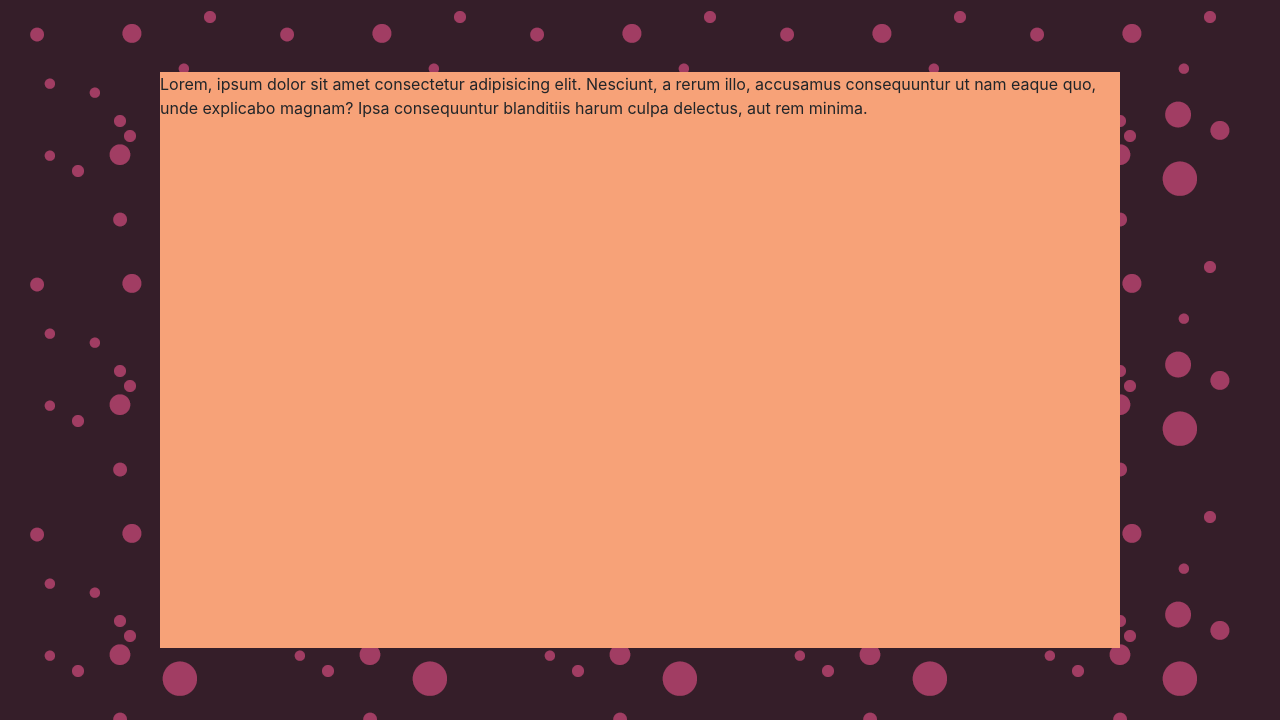
Repository: sylleryum/Frontend
Page: GetTopTracks/index.html
The author's editor kept a copy of each file at every save. The page is drawn from the files as they stood at one save, then again after the next save.
The browser window is 1280 px wide. The pictures show the whole page.

Above is the page before, as saved 2019-10-13 14:40:19.

### GetTopTracks/index.html
<!doctype html>
<html lang="en">
  <head>
    <title>Get top tracks from Artists and albums</title>
    <!-- Required meta tags -->
    <meta charset="utf-8">
    <meta name="viewport" content="width=device-width, initial-scale=1, shrink-to-fit=no">

    <!-- Bootstrap CSS -->
    <link rel="stylesheet" href="https://stackpath.bootstrapcdn.com/bootstrap/4.3.1/css/bootstrap.min.css" integrity="sha384-ggOyR0iXCbMQv3Xipma34MD+dH/1fQ784/j6cY/iJTQUOhcWr7x9JvoRxT2MZw1T" crossorigin="anonymous">

    <!-- main CSS-->
    <link rel="stylesheet" href="style.css">

  </head>
  <body>
      <div class="container-fluid background-master h-100">
          <div class="row align-items-center justify-content-center h-100">
               <div class="h-80 w-75 bg-3" id="internal-container">Lorem, ipsum dolor sit amet consectetur adipisicing elit. Nesciunt, a rerum illo, accusamus consequuntur ut nam eaque quo, unde explicabo magnam? Ipsa consequuntur blanditiis harum culpa delectus, aut rem minima.</div>
          </div>
      </div>








    <!-- Optional JavaScript -->
    <!-- jQuery first, then Popper.js, then Bootstrap JS -->
    <script src="https://code.jquery.com/jquery-3.3.1.slim.min.js" integrity="sha384-q8i/X+965DzO0rT7abK41JStQIAqVgRVzpbzo5smXKp4YfRvH+8abtTE1Pi6jizo" crossorigin="anonymous"></script>
    <script src="https://cdnjs.cloudflare.com/ajax/libs/popper.js/1.14.7/umd/popper.min.js" integrity="sha384-UO2eT0CpHqdSJQ6hJty5KVphtPhzWj9WO1clHTMGa3JDZwrnQq4sF86dIHNDz0W1" crossorigin="anonymous"></script>
    <script src="https://stackpath.bootstrapcdn.com/bootstrap/4.3.1/js/bootstrap.min.js" integrity="sha384-JjSmVgyd0p3pXB1rRibZUAYoIIy6OrQ6VrjIEaFf/nJGzIxFDsf4x0xIM+B07jRM" crossorigin="anonymous"></script>
  </body>
</html>

### GetTopTracks/style.css
.background-master{
     background: url(images/bb.png) repeat;
}

.h-100{
     min-height: 100vh;
 }

.h-80{
     min-height: 80vh;
 }

 .bg-1{background: #6dd3ce!important}
 .bg-2{background: #c8e9a0!important}
 .bg-3{background: #f7a278!important}
 .bg-4{background: #a13d63!important}
 .bg-5{background: #351e29!important}

.text-1{color: #6dd3ce!important}
.text-2{color: #c8e9a0!important}
.text-3{color: #f7a278!important}
.text-4{color: #a13d63!important}
.text-5{color: #351e29!important}

After the next save:
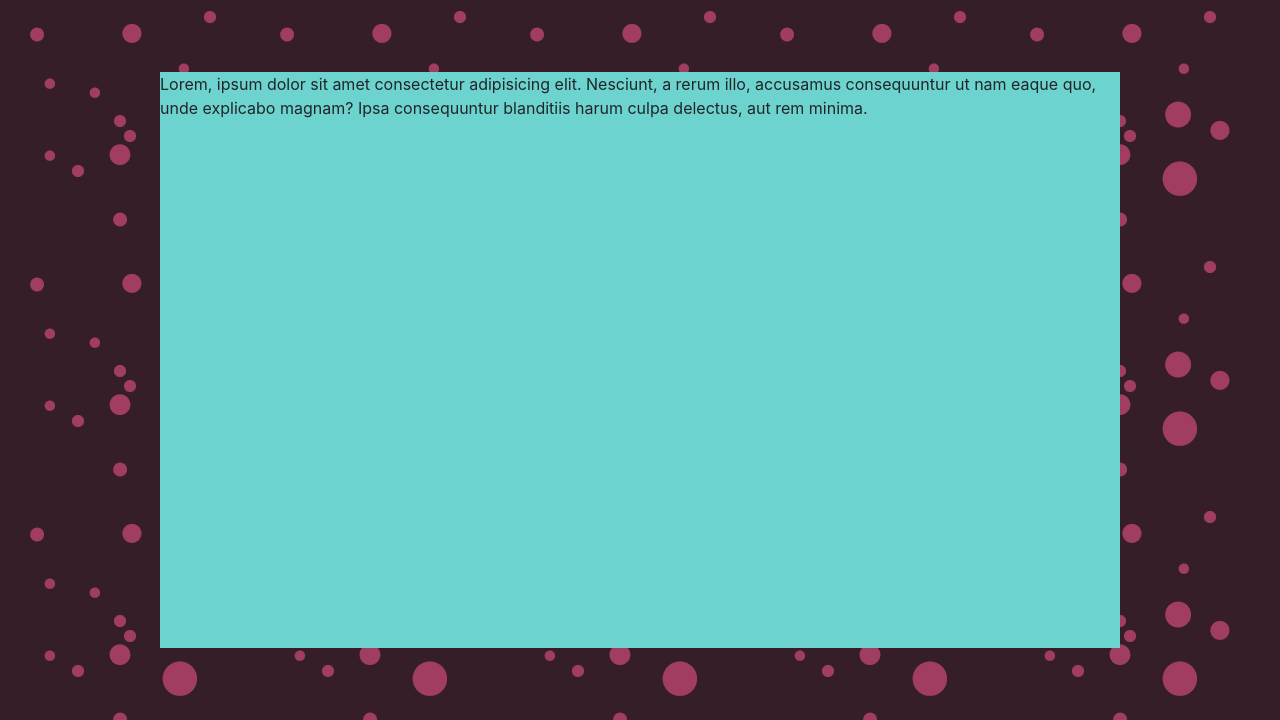
Saved 8 s later.
--- a/GetTopTracks/index.html
+++ b/GetTopTracks/index.html
@@ -16,7 +16,7 @@
   <body>
       <div class="container-fluid background-master h-100">
           <div class="row align-items-center justify-content-center h-100">
-               <div class="h-80 w-75 bg-3" id="internal-container">Lorem, ipsum dolor sit amet consectetur adipisicing elit. Nesciunt, a rerum illo, accusamus consequuntur ut nam eaque quo, unde explicabo magnam? Ipsa consequuntur blanditiis harum culpa delectus, aut rem minima.</div>
+               <div class="h-80 w-75 bg-1" id="internal-container">Lorem, ipsum dolor sit amet consectetur adipisicing elit. Nesciunt, a rerum illo, accusamus consequuntur ut nam eaque quo, unde explicabo magnam? Ipsa consequuntur blanditiis harum culpa delectus, aut rem minima.</div>
           </div>
       </div>
 
